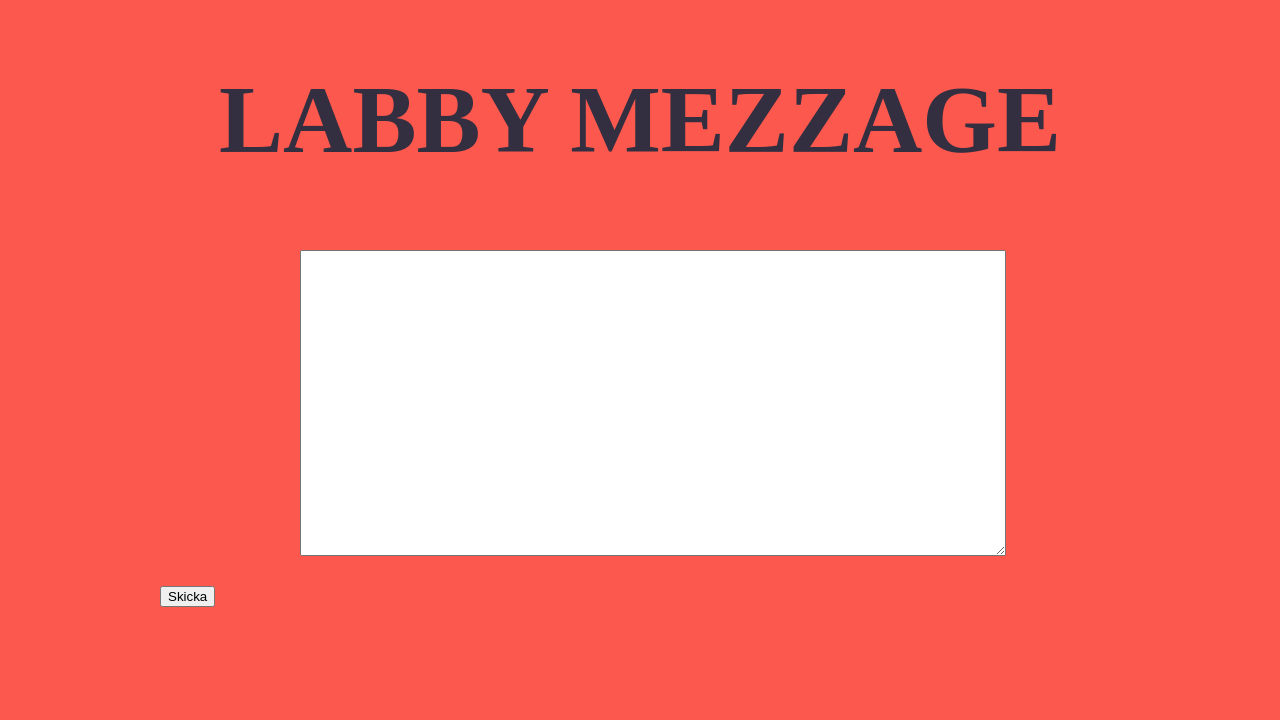
Repository: em222mt/1dv403-laborationer
Page: 2-labbymezzage/Index.html
The author's editor kept a record of every edit. The page is drawn from the files as they stood at one moment, then again after the next edit.
The browser window is 1280 px wide. The pictures show the whole page.

Above is the page before.

### 2-labbymezzage/Index.html
<!DOCTYPE html>
<html lang="sv">
<head>
	<meta charset="UTF-8" />
 	<title>Labby Mezzage</title>
    <link rel="stylesheet" href="css/style.css">
</head>
    <body>
        <header>
            <h1>LABBY MEZZAGE</h1>
        </header>

        <main>
            <div id="container">
                <section id="mainsection">
            		<form>
                        <textarea id="formtext" cols="20" rows="20"></textarea>
                        <p id="value"></p>
                        <input id="send" type="submit" value="Skicka" />
                    </form>
                </section>
            </div>
        </main>

    	<script src="js/Message.js"></script>
    	<script src="js/MessageBoard.js"></script>
    	<script src="js/script.js"></script>

    </body>
</html>

### 2-labbymezzage/css/style.css
/*Layout*/

article, aside, details, figcaption, figure,
footer, header, hgroup, main, menu, nav{
    display: block;
    background-color: #FC584E;
}

a:link 	    { color: black; }
a:visited 	{ color: gray; }
a:focus 	{ color: #838283; }
a:hover	    { color: #6495ED; background-color: white;}
a:active 	{ color: #FFFFFF; }

/*Container*/

#container {
    max-width: 960px;
    overflow: auto;
    margin: 0 auto;
}
h1 {
    font-weight: bold;
    text-align: center;
    color: #332F40;
    font-size: 6em;
    font-family: Comic Sans, Comic Sans MS, cursive;
    text-decoration: uppercase;
}
#formtext {
    margin: 10px 50px 10px 140px;
    width: 700px;
}
body{
    background-color: #FC584E;
}

#mainsection{
    max-width: 960px;
    overflow: auto;
    margin: 0 auto;
}

#messagearea {
    float: right;
    background-color: white;
    width: 200px;
    height: 200px;

}

### 2-labbymezzage/js/Message.js
'use strict';

function Message(message, date){

    this.getText = function(){
        return message;
    };

    this.setText = function(_text){
        message = _text;
    };

    this.getDate = function(){
        return date;
    };

    this.setDate = function(_date){
        date = _date;
    };

}

Message.prototype.toString = function() {
                return this.getText()+" ("+this.getDate()+")";
};

Message.prototype.getHTMLText = function(){
    return this.getText().replace(/[\n\r]/g, "</br>");
};

Message.prototype.getDateText = function(){
    var now = new Date();
    var hours = now.getHours();
    var minutes = now.getMinutes();
    var seconds = now.getSeconds();

    //IF-sats för att lägga till nollor som i C#?

    var formattedTime = hours +":"+ minutes +":"+seconds;
        return formattedTime;
};

### 2-labbymezzage/js/MessageBoard.js
'use strict';

var MessageBoard = {

    messages: [],

    init: function(e){
        // var mess = new Message();
        var text = document.getElementById("formtext");

        var submit = document.getElementById("send");
    },

    // renderMessages: function(){
    //     //Ta bort alla meddelanden
    //     document.getElementById("formtext".innerHTML = "");

    //     //Rendera alla meddelanden
    //     for (var i = 0; i < MessageBoard.messages.length; ++i){
    //         MessageBoard.renderMessage(i);
    //     }
    // },

    // renderMessage: function(text){
    //     //Kod här för att ta bort ett meddelande.
    // }

};

window.onload = MessageBoard.init;

Loaded but not shown: 2-labbymezzage/js/script.js (common file)

After the next edit:
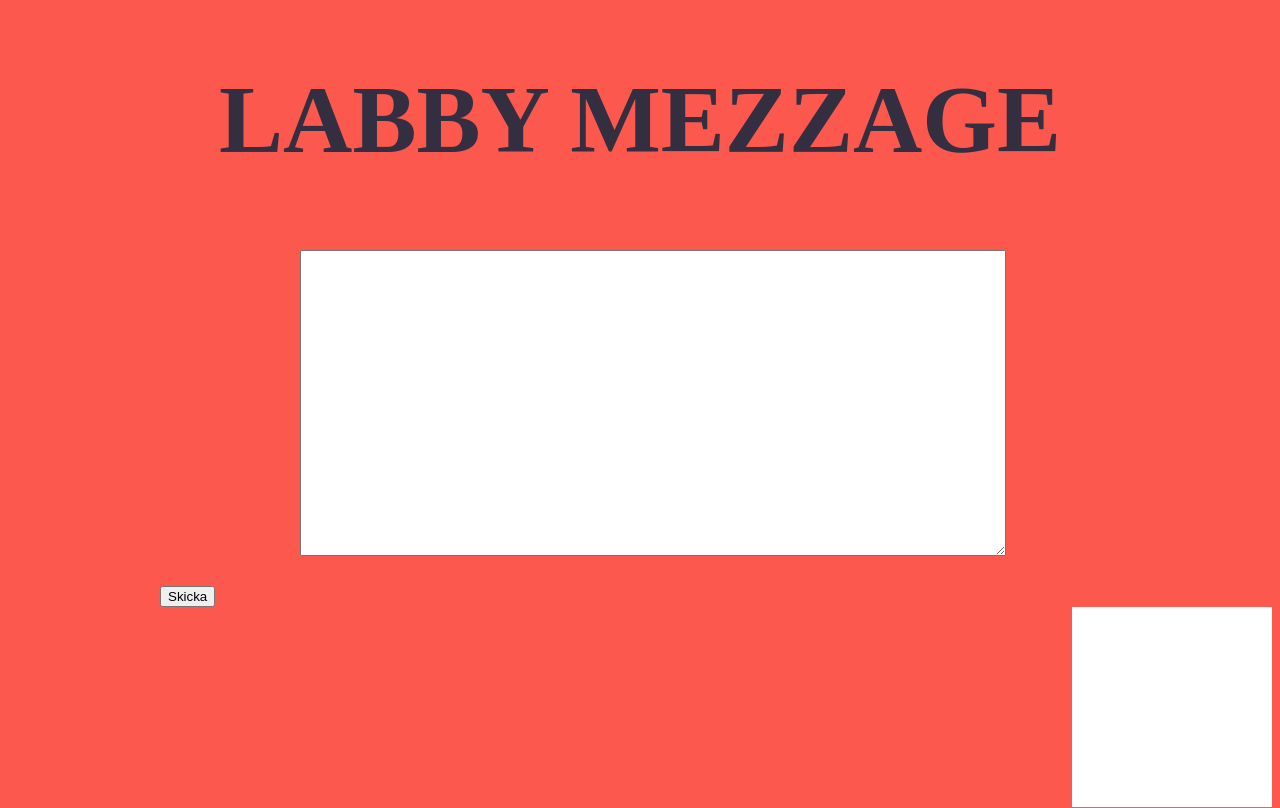
The edit:
--- a/2-labbymezzage/Index.html
+++ b/2-labbymezzage/Index.html
@@ -20,6 +20,9 @@
                     </form>
                 </section>
             </div>
+            <aside id="messagearea">
+
+            </aside>
         </main>
 
     	<script src="js/Message.js"></script>
